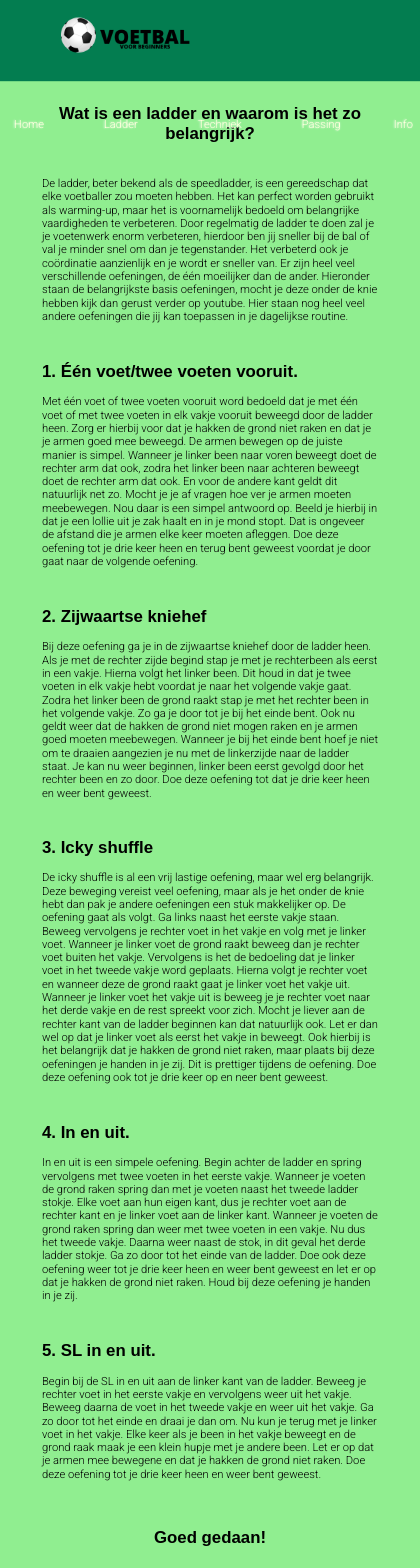
Repository: KelvinOxfoort/Start
Page: ladder.html
The author's editor kept a record of every edit. The page is drawn from the files as they stood at one moment, then again after the next edit.
The browser window is 600 px wide. The pictures show the part of the page from y = 0 to 2240 px (the page is 2691 px tall before and 2715 px after), at 70% of full size.
Some web fonts or font styles are not loaded; a fallback is used.

Above is the page before.

### ladder.html
<!DOCTYPE html>
<html lang="nl">

<head>
    <meta charset="UTF-8">
    <meta name="viewport" content="width=device-width, initial-scale=1.0">
    <meta http-equiv="X-UA-Compatible" content="ie=edge">
    <link rel="stylesheet" href="style.css">
    <link href="https://fonts.googleapis.com/css2?family=Cantora+One&family=Roboto:ital,wght@0,300;0,700;1,100&display=swap" rel="stylesheet">
    <link rel="stylesheet" href="https://cdnjs.cloudflare.com/ajax/libs/font-awesome/4.7.0/css/font-awesome.min.css">
    <script src="functions.js"></script>
    <title>Voetbal voor beginners</title>
</head>

<body>
  <header id="header">
        <div>
            <a href="index.html"><img class="logo" src="uploads/LOGO.png" alt="logo"></a>
        </div>
        <nav>
            <ul>
            <li><a href="index.html">Home</a></li>
            <li><a href="ladder.html">Ladder</a></li>
            <li><a href="techniek.html">Techniek</a></li>
            <li><a href="passing.html">Passing</a></li>
            <li id="menu">Info</li>
            </ul>
            <ul id="dropdown">
                <li><a href="contact.html">Contact</a></li>
                <li><a href="overons.html">Over Ons</a></li>
            </ul>
        </nav>
    </header>
    <main>
        <section>
            <H1>Wat is een ladder en waarom is het zo belangrijk?</H1>
            <p>De ladder, beter bekend als de speedladder, is een gereedschap dat elke voetballer zou moeten hebben. Het kan perfect worden gebruikt als warming-up, maar het is voornamelijk bedoeld om belangrijke vaardigheden te verbeteren. Door regelmatig
                de ladder te doen zal je je voetenwerk enorm verbeteren, hierdoor ben jij sneller bij de bal of val je minder snel om dan je tegenstander. Het verbeterd ook je coördinatie aanzienlijk en je wordt er sneller van. Er zijn heel veel verschillende
                oefeningen, de één moeilijker dan de ander. Hieronder staan de belangrijkste basis oefeningen, mocht je deze onder de knie hebben kijk dan gerust verder op youtube. Hier staan nog heel veel andere oefeningen die jij kan toepassen in je
                dagelijkse routine.</p>
        </section>
        <br>
        <section>
            <H2>1. Één voet/twee voeten vooruit.</H2>
            <p>Met één voet of twee voeten vooruit word bedoeld dat je met één voet of met twee voeten in elk vakje vooruit beweegd door de ladder heen. Zorg er hierbij voor dat je hakken de grond niet raken en dat je je armen goed mee beweegd. De armen
                bewegen op de juiste manier is simpel. Wanneer je linker been naar voren beweegt doet de rechter arm dat ook, zodra het linker been naar achteren beweegt doet de rechter arm dat ook. En voor de andere kant geldt dit natuurlijk net zo.
                Mocht je je af vragen hoe ver je armen moeten meebewegen. Nou daar is een simpel antwoord op. Beeld je hierbij in dat je een lollie uit je zak haalt en in je mond stopt. Dat is ongeveer de afstand die je armen elke keer moeten afleggen.
                Doe deze oefening tot je drie keer heen en terug bent geweest voordat je door gaat naar de volgende oefening.</p>
        </section>
        <br>
        <section>
            <h2>2. Zijwaartse kniehef</h2>
            <p>Bij deze oefening ga je in de zijwaartse kniehef door de ladder heen. Als je met de rechter zijde begind stap je met je rechterbeen als eerst in een vakje. Hierna volgt het linker been. Dit houd in dat je twee voeten in elk vakje hebt voordat
                je naar het volgende vakje gaat. Zodra het linker been de grond raakt stap je met het rechter been in het volgende vakje. Zo ga je door tot je bij het einde bent. Ook nu geldt weer dat de hakken de grond niet mogen raken en je armen goed
                moeten meebewegen. Wanneer je bij het einde bent hoef je niet om te draaien aangezien je nu met de linkerzijde naar de ladder staat. Je kan nu weer beginnen, linker been eerst gevolgd door het rechter been en zo door. Doe deze oefening
                tot dat je drie keer heen en weer bent geweest.</p>
        </section>
        <br>
        <section>
            <h2>3. Icky shuffle</h2>
            <p>De icky shuffle is al een vrij lastige oefening, maar wel erg belangrijk. Deze beweging vereist veel oefening, maar als je het onder de knie hebt dan pak je andere oefeningen een stuk makkelijker op. De oefening gaat als volgt. Ga links naast
                het eerste vakje staan. Beweeg vervolgens je rechter voet in het vakje en volg met je linker voet. Wanneer je linker voet de grond raakt beweeg dan je rechter voet buiten het vakje. Vervolgens is het de bedoeling dat je linker voet in
                het tweede vakje word geplaats. Hierna volgt je rechter voet en wanneer deze de grond raakt gaat je linker voet het vakje uit. Wanneer je linker voet het vakje uit is beweeg je je rechter voet naar het derde vakje en de rest spreekt voor
                zich. Mocht je liever aan de rechter kant van de ladder beginnen kan dat natuurlijk ook. Let er dan wel op dat je linker voet als eerst het vakje in beweegt. Ook hierbij is het belangrijk dat je hakken de grond niet raken, maar plaats
                bij deze oefeningen je handen in je zij. Dit is prettiger tijdens de oefening. Doe deze oefening ook tot je drie keer op en neer bent geweest.</p>
        </section>
        <br>
        <section>
            <h2>4. In en uit.</h2>
            <p>In en uit is een simpele oefening. Begin achter de ladder en spring vervolgens met twee voeten in het eerste vakje. Wanneer je voeten de grond raken spring dan met je voeten naast het tweede ladder stokje. Elke voet aan hun eigen kant, dus
                je rechter voet aan de rechter kant en je linker voet aan de linker kant. Wanneer je voeten de grond raken spring dan weer met twee voeten in een vakje. Nu dus het tweede vakje. Daarna weer naast de stok, in dit geval het derde ladder
                stokje. Ga zo door tot het einde van de ladder. Doe ook deze oefening weer tot je drie keer heen en weer bent geweest en let er op dat je hakken de grond niet raken. Houd bij deze oefening je handen in je zij.</p>
        </section>
        <br>
        <section>
            <h2>5. SL in en uit.</h2>
            <p>Begin bij de SL in en uit aan de linker kant van de ladder. Beweeg je rechter voet in het eerste vakje en vervolgens weer uit het vakje. Beweeg daarna de voet in het tweede vakje en weer uit het vakje. Ga zo door tot het einde en draai je
                dan om. Nu kun je terug met je linker voet in het vakje. Elke keer als je been in het vakje beweegt en de grond raak maak je een klein hupje met je andere been. Let er op dat je armen mee bewegene en dat je hakken de grond niet raken.
                Doe deze oefening tot je drie keer heen en weer bent geweest.</p>
        </section>
        <br>
        <section>
            <h1>Goed gedaan!</h1>
            <p  class="goed-gedaan">Dit waren de eerste oefeningen. Probeer deze oefeningen zo vaak als je kunt en wanneer je deze onder de knie hebt zal je dit ook gaan merken in het veld. Je zal wendbaarder en sneller zijn, daarbij zal je coördinatie zijn verbeterd. Ga vooral
                opzoek naar nieuwe oefeningen. Hoe meer je er kunt hoe beter je zal worden.</p>
        </section>
    </main>
     <footer id="footer">
        <div class="footercolumns">
            <ul class="footerpagina">
                <li><a href="index.html">Home</a></li>
                <li><a href="ladder.html">Ladder</a></li>
                <li><a href="passing.html">Passing</a></li>
                <li><a href="techniek.html">Techniek</a></li>
            </ul>
            <ul class="footerinfo">
                <li><a href="overons.html">Over Ons</a></li>
                <li><a href="contact.html">Contact</a></li>
            </ul>
            <ul class="footercontact">
                <li><i class="fa fa-phone"></i> <a href="tel:0611111111">06 11 11 11 11</a>
                </li>
                <li><i class="fa fa-envelope"></i> <a href="mailto:oxfoort@test.com">oxfoort@test.com</a>
                </li>
            </ul>
        </div>
    </footer>
</body>

</html>

### style.css
:root {
    --header-footer-kleur: #037d50;
    --color-text: #ffffdb;
}


body {
    font-family: 'Roboto', sans-serif;
}

body {
    background-color: #90ee90;
    margin: 0;
}

h1,
h2,
h3,
h4 {
    font-family: 'Cantora One', sans-serif;
}

.overzicht {
    text-align: center;
}

li {
    list-style: none;
}

ul {
    padding: 0;
}

main {
    min-height: 75vh;
}

h1 {
    margin: 0;
    padding: 2rem 0rem;
}




header {
    background-color: #037d50;
    display: flex;
    flex-wrap: nowrap;
    height: 116px;
}

header li, header a {
    text-decoration: none;
    color: unset;
    line-height: 1.5;
    padding: 10px;
}

header li:hover {
    transition: ease-in-out 0.3s all;
    color: #037d50;
    background: #90ee90;
    cursor: pointer;

}

header li {
    color: var(--color-text);
    text-shadow: -1px 0px 3px white;
}

nav li {
    list-style: none;
    line-height: 5;
}

nav {
    display: flex;
    flex-wrap: nowrap;
    flex-basis: 30%;
    margin-left: 30%;
    position: relative;
}

nav ul {
    display: flex;
    flex-wrap: nowrap;
    justify-content: space-between;
    width: 100%;
    line-height: 6.5;
    position: absolute;
}

#dropdown {
    display: none;
    position: absolute;
    width: 40%;
    background: #037d50;
    top: calc( 100% - 1px );
    right: -28.4%;
    margin: 0;
}

#dropdown.active {
    display: block;
}

#dropdown li{
    line-height: 3;
}

.logo {
    width: 250px;
    margin-left: 50%;
}


footer {
    background-color: var(--header-footer-kleur);
}

.footercolumns {
    display: flex;
    flex-wrap: nowrap;
    justify-content: space-between;
}

.footercolumns li {
    list-style: none;
}

footer a {
    text-decoration: none;
    color: unset;
    line-height: 1.5;
}

footer li{
    color: #ffffdb;
    text-shadow: -1px 0px 3px white;
}

footer a:hover {
    transition: ease-in-out 0.3s all;
    color: #90ee90;
}

footer ul {
    width: 28%;
}

.footerinfo {
    text-align: center;
}

.footercontact {
    text-align: right;
}

.container {
    padding-top: 10%;
}


.banner {
    background-image: url(https://cdn.pixabay.com/photo/2014/10/14/20/24/the-ball-488718_1280.jpg);
    width: 100%;
    background-repeat: no-repeat;
    height: 80vh;
    background-size: cover;
}

.banner-content {
    color: #000;
    width: 55%;
    padding: 50px 0 50px 50px;
    font-size: 18px;
    font-weight: bold;
    border: solid 3px #037d50;
    background-color: #ffffff6e;
}

.quote {
    display: flex;
    flex-wrap: nowrap;
    justify-content: space-between;
}

.quote blockquote {
    margin: 0;
    margin-bottom: 40px;
}


section h1 {
    text-align: center;
}




.contact-pagina h1 {
    text-align: center;
}

.contact-formulier {
    max-width: 600px;
    margin: auto;
    padding: 0 10px;
    overflow: hidden;
}

.contact-formulier-naam {
    display: initial;
    width: 49.6%;
    box-sizing: border-box;
    margin: 16px 0 0 0;
    border: 0;
    padding: 20px 40px;
    outline: none;
}

.contact-formulier-naam:focus {
    box-shadow: 0 0 10px 4px #037d50;
}

.contact-formulier-email {
    display: block;
    width: 100%;
    box-sizing: border-box;
    margin: 16px 0;
    border: 0;
    padding: 20px 40px;
    outline: none;
}

.contact-formulier-email:focus {
    box-shadow: 0 0 10px 4px #037d50;
}

.contact-formulier-tekst {
    display: block;
    width: 100%;
    box-sizing: border-box;
    margin: 16px 0;
    border: 0;
    padding: 20px 40px;
    outline: none;
}

.contact-formulier-tekst:focus {
    box-shadow: 0 0 10px 4px #037d50;
}

textarea.contact-formulier-tekst {
    resize: none;
    height: 120px;
}

.contact-formulier-knop {
    float: right;
    margin-bottom: 50px;
    border: 0;
    padding: 12px 50px;
    border-radius: 20px;
    cursor: pointer;
    transition: 0.5s;
}

.contact-formulier-knop:hover {
    background: #e0e0e0;
}

section,
hr,
.footercolumns {
    margin: 0 10%;
}

.mediasection ul {
    display: flex;
    flex-wrap: nowrap;
    justify-content: space-between;
    margin-top: 20px;
    margin-bottom: 20px;
}

iframe {
    width: 100%;
    height: 100%;
    border: none;
}


video {
    width: 100%;
    height: 100%;
}

.fotovids1 {
    background-image: url(./uploads/voetballende_kinderen.png);
    background-size: cover;
    background-repeat: no-repeat;
    background-position-y: 35%;
}

.fotovids2 {
    background-size: cover;
    background-repeat: no-repeat;
    background-position-y: 35%;
}

.fotovids3,
.fotovids4 {
    background-color: black;
}


.fotovids5 {
    background-image: url(https://cdn.pixabay.com/photo/2016/06/29/09/28/football-1486353_960_720.jpg);
    background-size: cover;
    background-repeat: no-repeat;
    background-position-y: 75%;
}

.mediasection ul li {
    width: 19%;
}

.plaatjesection ul {
    display: flex;
    flex-wrap: nowrap;
    justify-content: space-between;
    margin-top: 40px;
    margin-bottom: 40px;
}

.plaatjesection ul li {
    width: 28%;
    background-color: #d0fad0;
    box-shadow: 1px 1px 9px 0px black;
}

.plaatjesection div {
    margin-left: 20px;
    margin-right: 20px;
}

.plaatje {
    background: url(https://media.defense.gov/2013/Sep/09/2000710340/-1/-1/0/130829-D-RT812-259.JPG) no-repeat;
    background-size: cover;
    background-position-y: 98%;
    height: 190px;
    margin-top: 20px;
    margin-bottom: 5px;
}

.tweede {
    background: url(https://encrypted-tbn0.gstatic.com/images?q=tbn%3AANd9GcQGQujdtUYY6ZvVAVyYnViHFfmqRA8QfeRchdvbMtoRneMGzXFF&usqp=CAU) no-repeat;
    background-size: cover;
}

.derde {
    background: url(https://encrypted-tbn0.gstatic.com/images?q=tbn%3AANd9GcRbiFGD33UEuO2sUuPWsS63qn6kfET_udMECwd8WcEFtynlFjDH&usqp=CAU) no-repeat;
    background-size: cover;
    background-position-y: 11%;
}

.textarea p {
    margin-top: 15px;
    margin-bottom: 25px;
}

.paginaplaatje {
    height: 130px;
    width: 280px;
    margin-top: 20px;
    margin-bottom: 5px;
}

.map {
    height: 300px;
}

.goed-gedaan {
    margin-bottom: 50px;
}


table {
    text-align: left;
    margin-left: auto;
    margin-right: auto;
    border-spacing: 0;
}

table, th, td {
    border: solid 1px black;
}

th, td {
    padding: 5px;
}

 table {
        margin-bottom: 60px;
    }

    .ontzichtbaar {
        border: solid 1px #90ee90;
    }


@media (max-width: 1023px) {

    .logo {
        margin-left: 10%;
    }

    nav {
        margin-left: 10%;
    }

    .banner {
        background-position-x: 56%;
    }

    .container {
        padding-top: 60%;
    }
    .plaatjesection ul {
        flex-wrap: wrap;
    }
    .plaatjesection ul li {
        width: 100%;
        margin-bottom: 50px;
    }

    .plaatjebox div {
        display: inline-block;
        width: 40%;
        vertical-align: middle;
    }

    .tweede {
        float: right;
        margin-top: 5%;
    }

    .mediasection ul {
        flex-wrap: wrap;
    }
    .mediasection ul li {
        flex-basis: 30%;
    }
    .fotovids4,
    .fotovids5 {
        flex-basis: 48% !important;
        margin-top: 30px;
    }

    .map {
        height: 314px;
    }

    #dropdown {
       right: -1.0%;
    }

    .overonstekst {
    margin-bottom: 60px;
    }

    table {
        margin-bottom: 226px;
    }

    .ontzichtbaar {
        border: solid 1px #90ee90;
    }


}

@media (max-width: 767px) {

    header {
        flex-wrap: wrap;
    }

    .logo {
        margin-left: 17%;
    }

    nav {
        flex-wrap: wrap;
        flex-basis: 100%;
        line-height: 2.5;
        margin-left: 0%;
    }

    .banner-content {
        padding: 50px;
    }

    .banner {
        background-position-x: 90%;
    }

    .quote {
        flex-wrap: wrap;
    }

    .mediasection ul {
        flex-wrap: wrap;
    }

    .mediasection ul li {
        flex-basis: 30%;
    }

    .plaatjebox div {
        width: 86%;
    }

    .contact-formulier-naam {
        width: 100%
    }

    .footercolumns {
        flex-wrap: wrap;
    }

    footer ul {
        width: 45%;
    }

    footer ul {
        width: 100%;
    }

    footer ul li {
        text-align: center;
    }


    .mediasection ul li {
        flex-basis: 100% !important;
        margin: 20px 0;
        min-height: 172px;
    }

    nav > li {
        flex-basis: 10%;
        width: 59px;
    }

    #dropdown {
        width: 35%;
        right: 0;
        text-align: right;
    }

    table {
    margin-bottom: 90px;
    }
}

### functions.js
//         <div id="map"></div>

//         <script>
//             function initmap() {
//                 var location = {lat: -25.363, lng: 131.044};
//                 var map = new google.maps.Map(document.getElementById("map"), {
//                     zoom: 4,
//                     center: location
//                 });
//                 var marker = new google.maps.Marker({
//                     position: location,
//                     map: map
//                 })
//                 }

//         </script>

//           <script async defer src="https://maps.googleapis.com/maps/api/js?key=AIzaSyC7btDHor-Ms7kRZcJnf92KTW2o_lgjLSs&callback=initMap"
//   type="text/javascript"></script>








window.onload=function(){

document.getElementById("menu").addEventListener("click",openMenu);

function openMenu(){
    document.getElementById("dropdown").classList.toggle("active")
};

};

After the next edit:
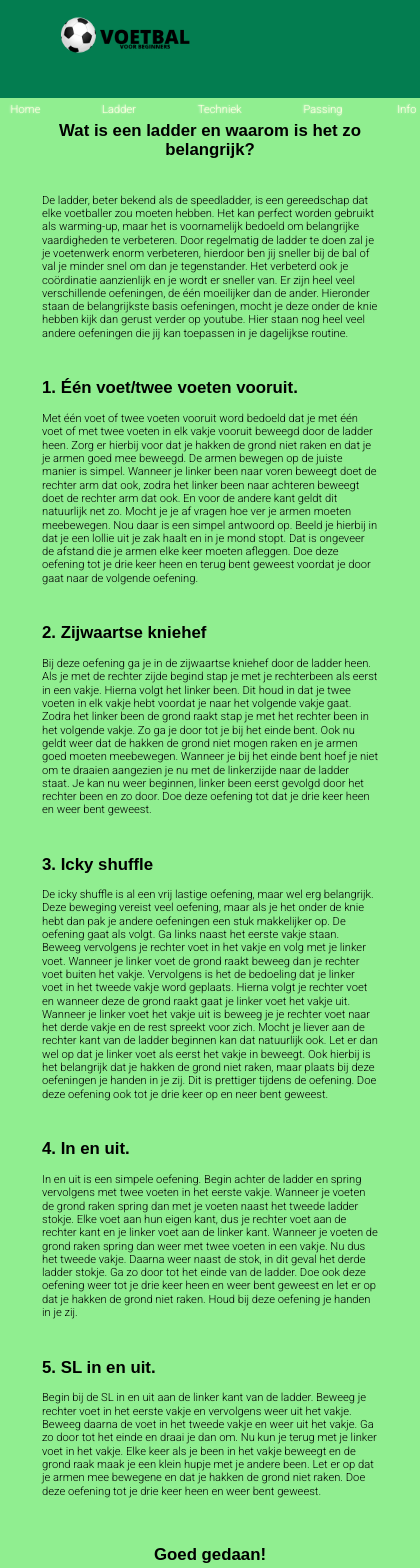
The edit:
--- a/style.css
+++ b/style.css
@@ -566,4 +566,16 @@
     table {
     margin-bottom: 90px;
     }
-}
+
+    header li {
+        padding: 5px;
+    }
+
+    .logo {
+        margin-bottom: -55px;
+    }
+
+    header {
+        height: 140px;
+    }
+}
